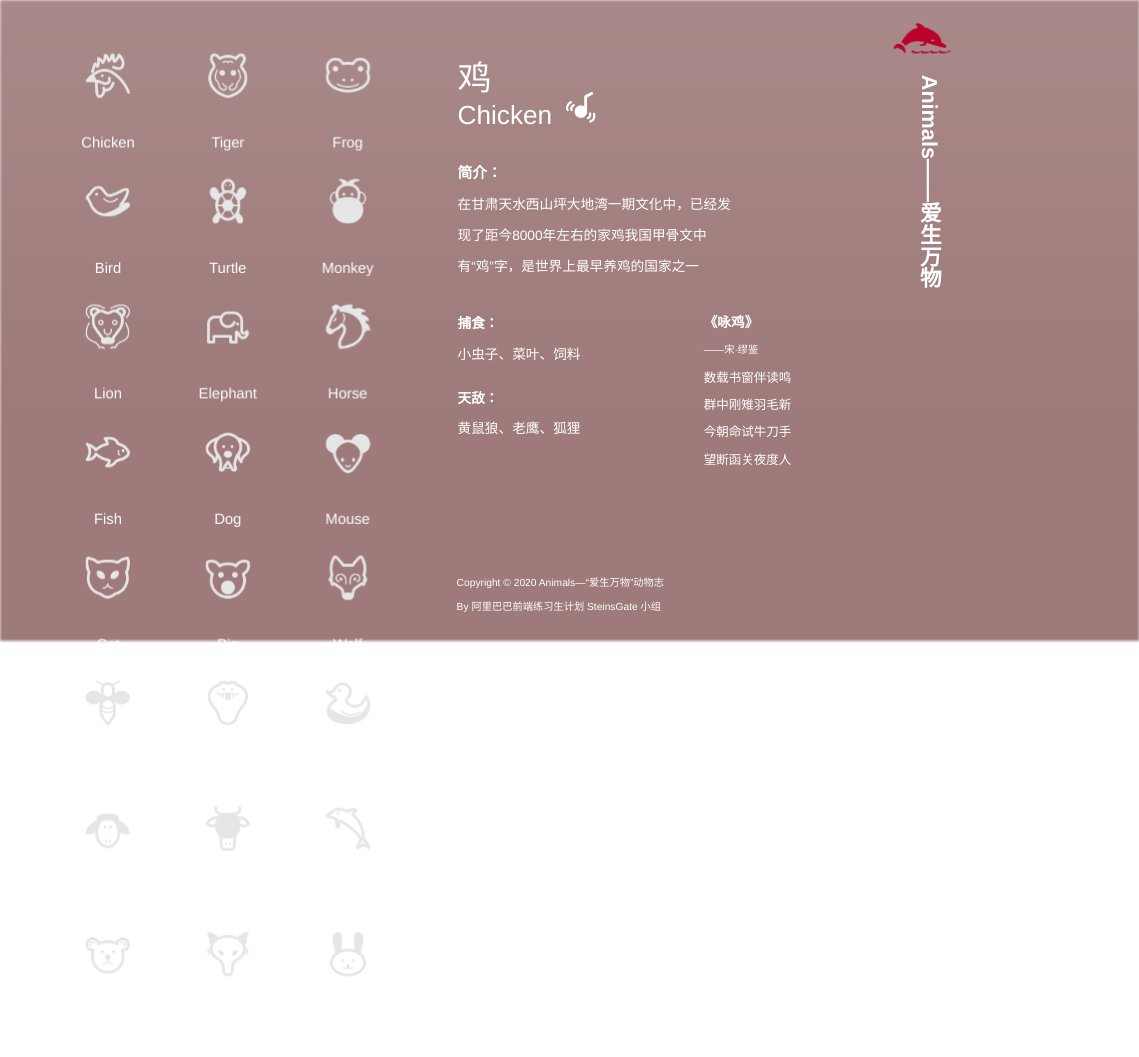
Repository: Whiskeyi/Animals
Page: /
These files come from the project's save history. The page is drawn as it stood at one moment and after a run of saves; the edit follows.
The browser window is 1280 px wide. The pictures show the whole page, at 89% of full size.
The project was rebuilt for these pictures with package versions that can differ from the ones it lists, and the page was loaded fresh each time.

Above is the page before, as saved 2021-11-18 23:16:09.

After the next 3 saves:
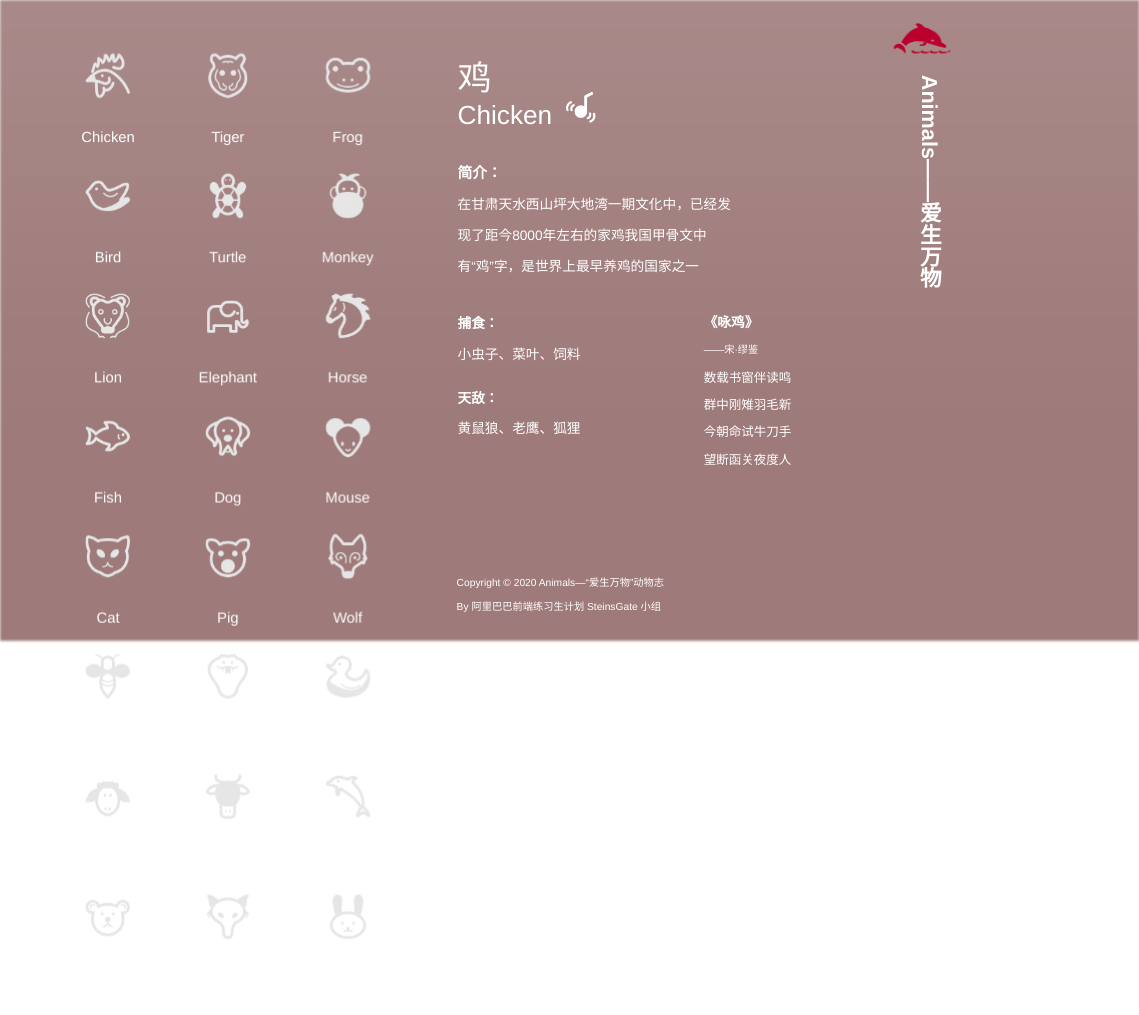
The 3 saves are shown as one change because they came seconds apart.
The last was saved 88 s later.
--- a/src/styles/flip.scss
+++ b/src/styles/flip.scss
@@ -8,7 +8,7 @@
     transition: transform 0.8s;
     /* 保留3D空间 */
     transform-style: preserve-3d;
-    font-size: 48px;
+    // font-size: 48px;
   }
 
   .word,
